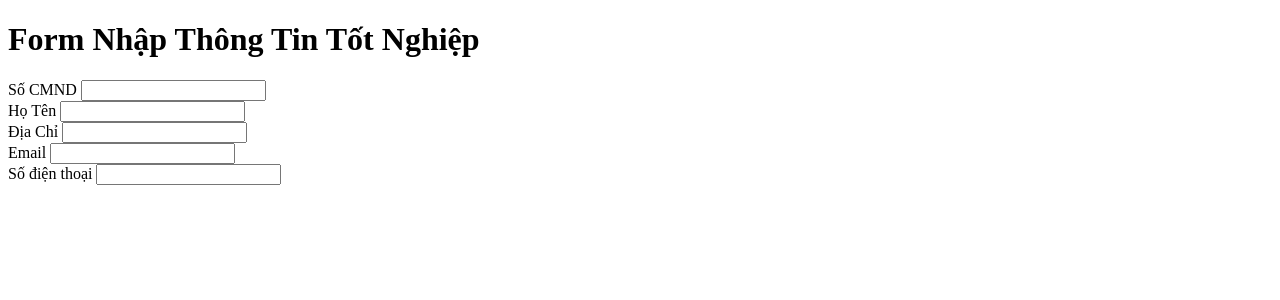
Repository: trandangtin2003/vku_docu
Page: http://localhost/form1
The author's editor kept a copy of each file at every save. The page is drawn from the files as they stood at one save, then again after the next save.
The browser window is 1280 px wide. The pictures show the whole page.
The page is this project's Thymeleaf template; nobody is signed in. The template is opened directly, without the code that normally fills it, so the values that code supplies are empty.

Above is the page before, as saved 2023-12-29 08:34:52.

### 21IT176_TranDangTin_javaWeb/src/main/resources/templates/form1.html
<!DOCTYPE html>
<html xmlns:th="http://www.thymeleaf.org">

<head>

</head>

<body>

	<main role="main" class="container mt-5" th:fragment="content">
		<h1 class="text-center">Form Nhập Thông Tin Tốt Nghiệp</h1>
		<form >
			<div class="form-group">
				<label for="soCMND">Số CMND</label>
				<input type="text" class="form-control" id="soCMND" name="soCMND" required>
			</div>

			<!-- Thêm các trường dành cho SinhVien -->
			<div class="form-group">
				<label for="hoTen">Họ Tên</label>
				<input type="text" class="form-control" id="hoTen" name="hoTen" required>
			</div>

			<div class="form-group">
				<label for="diaChi">Địa Chỉ</label>
				<input type="text" class="form-control" id="diaChi" name="diaChi" required>
			</div>
			<div class="form-group">
				<label for="email">Email</label>
				<input type="email" class="form-control" id="email" name="email" required>
			</div>
			<div class="form-group">
				<label for="email">Số điện thoại</label>
				<input type="text" class="form-control" id="soDT" name="soDT" required>
			</div>


		</form>
	</main>


</body>

</html>

After the next save:
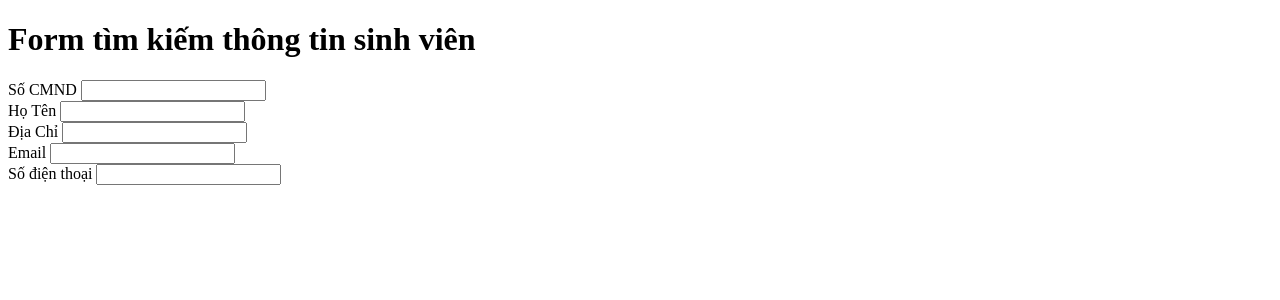
Saved 119 s later.
--- a/21IT176_TranDangTin_javaWeb/src/main/resources/templates/form1.html
+++ b/21IT176_TranDangTin_javaWeb/src/main/resources/templates/form1.html
@@ -8,7 +8,7 @@
 <body>
 
 	<main role="main" class="container mt-5" th:fragment="content">
-		<h1 class="text-center">Form Nhập Thông Tin Tốt Nghiệp</h1>
+		<h1 class="text-center">Form tìm kiếm thông tin sinh viên</h1>
 		<form >
 			<div class="form-group">
 				<label for="soCMND">Số CMND</label>
